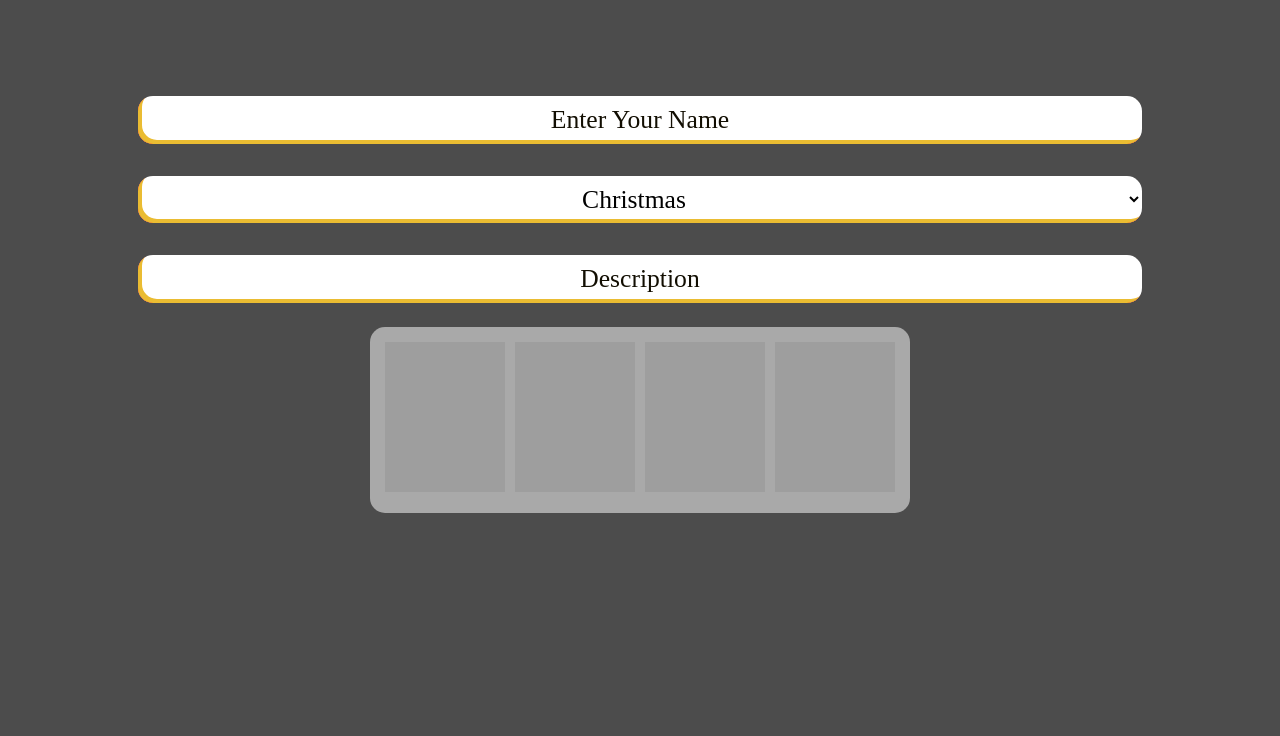
Repository: Haneef-Shaik/Greetings
Page: /
These files come from the project's save history. The page is drawn as it stood at one moment and after the next save; the edit follows.
The browser window is 1280 px wide. The pictures show the whole page.
Pictures or frames that could not be fetched are drawn as grey boxes. The project was rebuilt for these pictures with package versions that can differ from the ones it lists, and the page was loaded fresh each time. The framework's server and built-in components were replaced by stand-ins that run in the browser. Also part of the build but not shown: next.config.js, styles/card.module.scss, components/card.js, styles/socialShare.module.scss, components/socialShare.js.

Above is the page before, as saved 2021-12-01 21:04:13.

### pages/_app.js
import '../styles/globals.css'
import 'bootstrap/dist/css/bootstrap.css'


function MyApp({ Component, pageProps }) {
  return <Component {...pageProps} />
}

export default MyApp

### pages/index.js
import Card from "../components/card.js";
import {useRouter} from 'next/router';
import Ss from "../components/socialShare"
import InpFrm from "../components/form"

export default function Home() {
  const {query} = useRouter();
  const myurls='https://gratefulprayerthankfulheart.com/wp-content/uploads/2014/12/aquawhitechristmastreegreeting.jpg';

  if(query.length > 0)
  {

    if(query.greeting)
    {
      return (
        <>
          <Card event={query.event} image={query.bgImg} name={query.name} greeting={query.greeting}  />
        </>
          )
    }
    else
    {
      return (
        <>
          <Card event={query.event} image={query.bgImg} name={query.name}  />
        </>
          )
    }

  }
  else
  {
    return (
        <>
          <InpFrm />
        </>
        )
  }
    // return (
    //   <>
        {/* <Card event='Event' image={myurls} name='Name' color='red' greeting="Lorem Ipsum is simply dummy text of the printing and typesetting industry. Lorem Ipsum has been thing software like Aldus PageMaker including versions of Lorem Ipsum."  /> */}
        {/* <Ss mylink="localhost:3000/name=haneef&event=christmas" /> */}
    {/*     <Ss mylink="localhost:3000/name=haneef&event=christmasW&sddsajnodsoduaibdadbksa" /> */}
    //   </>
    //     )

}

### components/form.js
/* eslint-disable no-undef */
import React, {useState,useRef} from 'react'

import 'bootstrap/dist/css/bootstrap.min.css';
import styles from '../styles/form.module.scss';
import IMAGE from 'next/image'


function Edit() {

    const [IMG1,setImg]=useState('christmas.png');


    return (
        <div className="container-fluid p-2 "  style={{backgroundColor:'#4C4C4C'} }>
            <div className="container">
                <div className="row">
                    <div className="col-12">
                        <div className={styles.formContainer} >
                            <form className="formStyle">
                                <input type="text" placeholder="Enter Your Name" className="col-12" required />

                                <select name="festival" className="col-12 p-2">
                                    <option value="christmas">Christmas</option>
                                    <option value="newYear">New Year</option>
                                </select>

                                <input type="text" placeholder="Description" className="col-12" optional />

                                <div className="d-flex justify-content-around align-items-center flex-wrap mt-4" style={{backgroundColor:'darkgrey',borderRadius:'15px',padding:'10px'}}>
                                    {/* <label htmlFor="img1">
                                        <IMAGE src='/images/christmas/christmas.png' width={200} height={100} />
                                    </label>
                                    <label htmlFor="img2">
                                        <IMAGE src='/images/christmas/christmas.png' width={200} height={100} />
                                    </label>
                                    <label htmlFor="img3">
                                        <IMAGE src='/images/christmas/christmas.png' width={200} height={100} />
                                    </label>
                                    <label htmlFor="img4">
                                        <IMAGE src='/images/christmas/christmas.png' width={200} height={100} />
                                    </label>
                                    <input type="radio" name="BgImage" className="bgImg" id="img1" hidden="true" />
                                    <input type="radio" name="BgImage" className="bgImg" id="img2" hidden="true" />
                                    <input type="radio" name="BgImage" className="bgImg" id="img3" hidden="true" />
                                    <input type="radio" name="BgImage" className="bgImg" id="img4" hidden="true" /> */}

                                <button onClick={()=>setImg('christmas.png')} className="btn p-1">
                                    <IMAGE src='/images/christmas/christmas.png' width="120" height="150" />
                                </button>

                                <button onClick={()=>setImg('christmas1.png')} className="btn p-1">
                                    <IMAGE src='/images/christmas/christmas1.png' width="120" height="150" />
                                </button>

                                <button onClick={()=>setImg('christmas2.png')} className="btn p-1">
                                    <IMAGE src='/images/christmas/christmas2.png' width="120" height="150" />
                                </button>

                                <button onClick={()=>setImg('christmas2.png')} className="btn p-1">
                                    <IMAGE src='/images/christmas/christmas2.png' width="120" height="150" />
                                </button>

                                </div>
                            </form>
                        </div>
                    </div>
                </div>
            </div>
        </div>
    )
}


class InvitationCard extends React.Component{
    render(){
        return (

                <div className="body p-2" style={{backgroundColor: this.props.c,backgroundImage:`url(${this.props.im})`,backgroundSize:350,backgroundRepeat:'no-repeat'}} >
                    <h1 id="heading" style={{color: this.props.heading}}>{this.props.name}</h1>
                    <p style={{marginTop: "50px",color: this.props.content}}>{this.props.message}</p>
                    <p style={{color: this.props.content}} id="toWhom">{this.props.to}</p>
                </div>
        )
    }

}



export default Edit;

### styles/form.module.scss
.formContainer{
    padding:5%;
    height:100vh;
    background-color:#4C4C4C;
    // background: linear-gradient(#920000,#800000,#6D0000,#490000);
    input , select {
        margin-top:2rem;

        text-align:center;
        font-family: 'Times New Roman', Times, serif;
        font-size:1.6rem;
        border:none;

        background-color:#fff;
        border-radius:15px;
        box-shadow: inset 4px -4px 0px #EABC32 , inset 2px -2px 0px #f00 ;
        line-height:3rem;
        &::placeholder{
            color:#120E02;
        }
    }
    form{
        display: flex;
        align-items:center;
        justify-content: space-evenly;
        flex-direction: column;
        flex-wrap: wrap;
    }
    .bgImg:active{
        border: 5px solid white;
    }
}

Loaded but not shown: pages/api/hello.js (common file); styles/globals.css (common file)

After the next save:
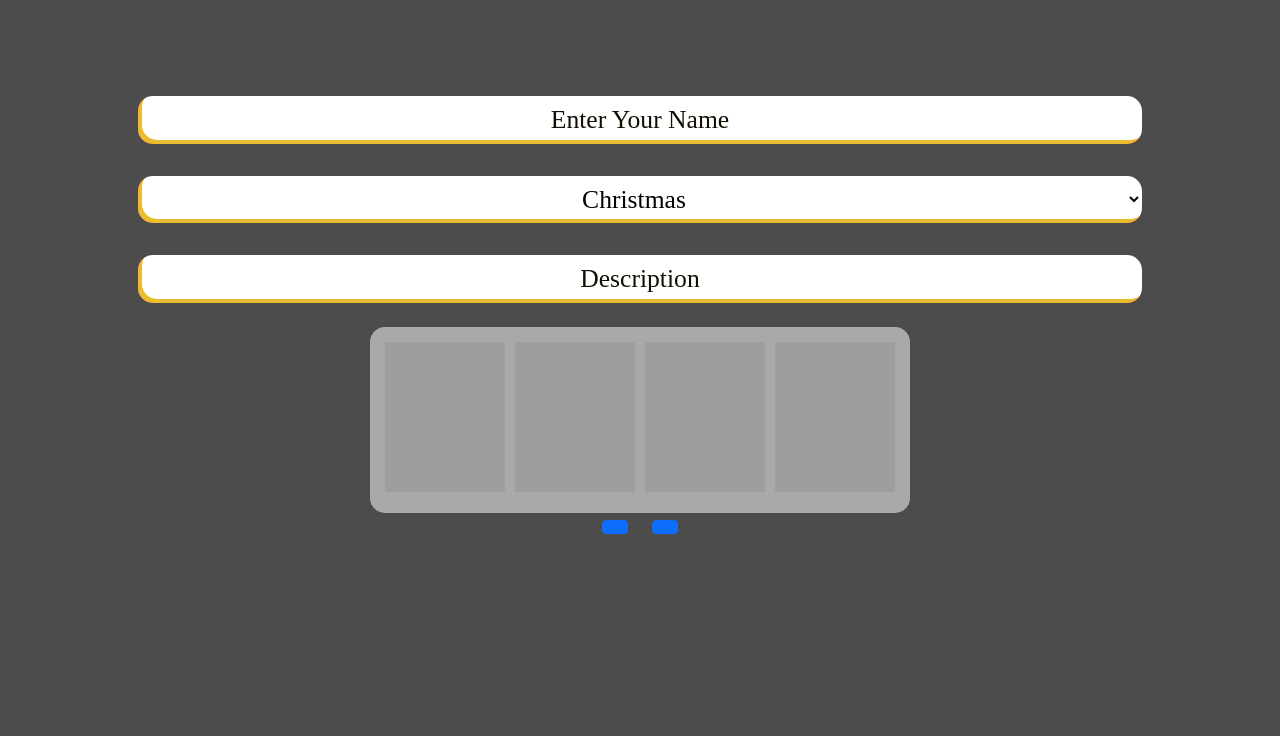
Saved 78 s later.
--- a/components/form.js
+++ b/components/form.js
@@ -62,6 +62,13 @@ function Edit() {
                                 </button>
 
                                 </div>
+
+                                <div className="footerBanner">
+                                    <div className="row">
+                                        <div className="col-6"><button className="btn btn-primary"></button></div>
+                                        <div className="col-6"><button className="btn btn-primary"></button></div>
+                                    </div>
+                                </div>
                             </form>
                         </div>
                     </div>
